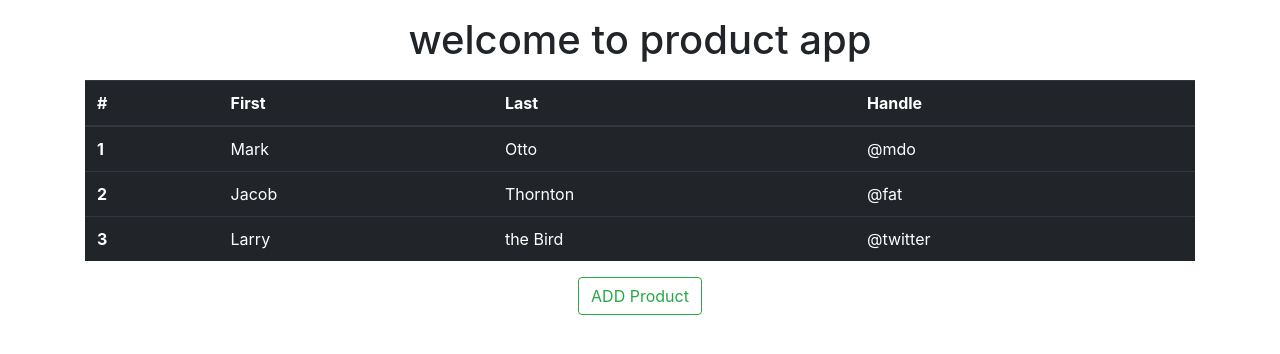
Repository: Renish-patel/Practices
Page: http://localhost/productcrudapp/WEB-INF/views/index.jsp
The author's editor kept a copy of each file at every save. The page is drawn from the files as they stood at one save, then again after the next save.
The browser window is 1280 px wide. The pictures show the whole page.
Some web libraries are served in a nearby version. The page is served by Tomcat 9. Nobody is signed in. Other server files are loaded and not shown. The template is opened directly, without the code that normally fills it, so the values that code supplies are empty.

Above is the page before, as saved 2023-03-09 18:45:53.

### spring/productcrudapp/src/main/webapp/WEB-INF/views/index.jsp
<html>
<head>
<%@include file="./base.jsp"%>
<%@taglib uri="http://java.sun.com/jsp/jstl/core" prefix="c"%>
</head>
<body>
	<div class="container mt-3">
		<div class="row">
			<div class="col-md-12">

				<h1 class="text-center mb-3">welcome to product app</h1>

				<table class="table table-dark">
					<thead>
						<tr>
							<th scope="col">#</th>
							<th scope="col">First</th>
							<th scope="col">Last</th>
							<th scope="col">Handle</th>
						</tr>
					</thead>
					<tbody>
						<tr>
							<th scope="row">1</th>
							<td>Mark</td>
							<td>Otto</td>
							<td>@mdo</td>
						</tr>
						<tr>
							<th scope="row">2</th>
							<td>Jacob</td>
							<td>Thornton</td>
							<td>@fat</td>
						</tr>
						<tr>
							<th scope="row">3</th>
							<td>Larry</td>
							<td>the Bird</td>
							<td>@twitter</td>
						</tr>
					</tbody>
				</table>
<div class="container text-center">
<a href="add-product" class="btn btn-outline-success">ADD Product</a>
</div>



			</div>
		</div>

	</div>
</body>
</html>

### spring/productcrudapp/src/main/webapp/WEB-INF/views/base.jsp
<%@ page language="java" contentType="text/html; charset=ISO-8859-1"
	pageEncoding="ISO-8859-1"%>
    <meta name="viewport" content="width=device-width, initial-scale=1, shrink-to-fit=no">
<%@ page isELIgnored="false"%>

<%@taglib uri="http://java.sun.com/jsp/jstl/core" prefix="c" %>

<link rel="stylesheet"
	href="https://cdn.jsdelivr.net/npm/bootstrap@4.0.0/dist/css/bootstrap.min.css"
	integrity="sha384-Gn5384xqQ1aoWXA+058RXPxPg6fy4IWvTNh0E263XmFcJlSAwiGgFAW/dAiS6JXm"
	crossorigin="anonymous">
<script src="https://code.jquery.com/jquery-3.2.1.slim.min.js"
	integrity="sha384-KJ3o2DKtIkvYIK3UENzmM7KCkRr/rE9/Qpg6aAZGJwFDMVNA/GpGFF93hXpG5KkN"
	crossorigin="anonymous"></script>
<script
	src="https://cdn.jsdelivr.net/npm/popper.js@1.12.9/dist/umd/popper.min.js"
	integrity="sha384-ApNbgh9B+Y1QKtv3Rn7W3mgPxhU9K/ScQsAP7hUibX39j7fakFPskvXusvfa0b4Q"
	crossorigin="anonymous"></script>
<script
	src="https://cdn.jsdelivr.net/npm/bootstrap@4.0.0/dist/js/bootstrap.min.js"
	integrity="sha384-JZR6Spejh4U02d8jOt6vLEHfe/JQGiRRSQQxSfFWpi1MquVdAyjUar5+76PVCmYl"
	crossorigin="anonymous"></script>

	<title><c:out value="${title }">Product Crud App</c:out></title>

After the next save:
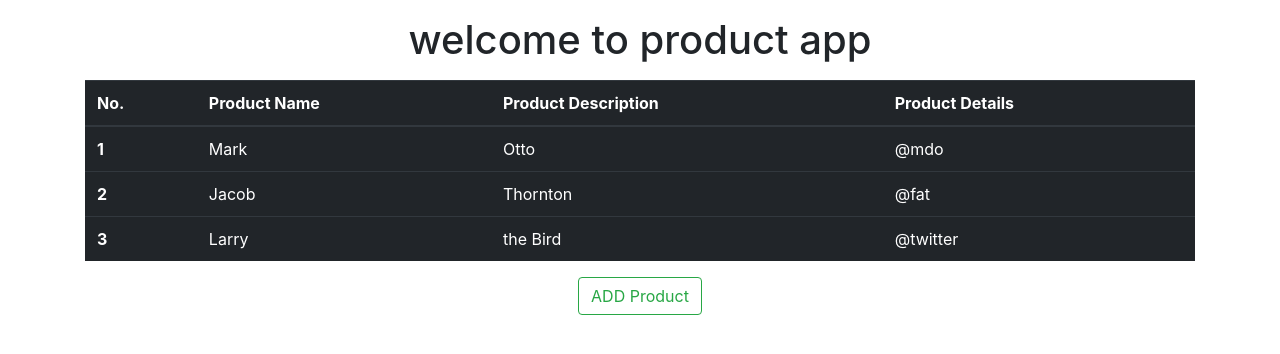
Saved 73 s later.
--- a/spring/productcrudapp/src/main/webapp/WEB-INF/views/index.jsp
+++ b/spring/productcrudapp/src/main/webapp/WEB-INF/views/index.jsp
@@ -13,10 +13,10 @@
 				<table class="table table-dark">
 					<thead>
 						<tr>
-							<th scope="col">#</th>
-							<th scope="col">First</th>
-							<th scope="col">Last</th>
-							<th scope="col">Handle</th>
+							<th scope="col">No.</th>
+							<th scope="col">Product Name </th>
+							<th scope="col">Product Description</th>
+							<th scope="col">Product Details</th>
 						</tr>
 					</thead>
 					<tbody>
